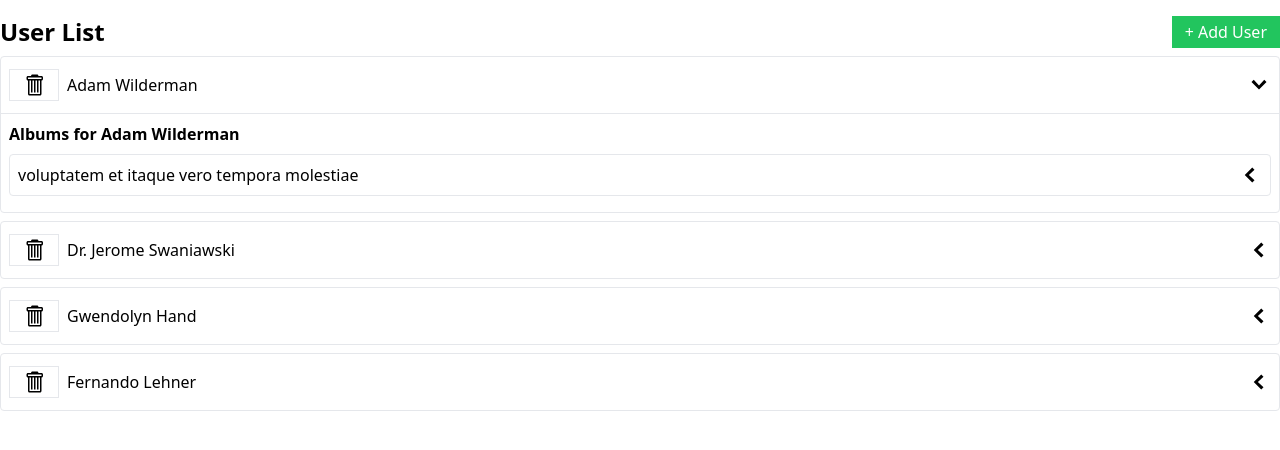
Repository: Marhamat92/users-app-redux-thunk-and-query
Page: /, after clicking the first element matching `div.p-2 > :nth-child(2)`
These files come from the project's save history. The page is drawn as it stood at one moment and after the next save; the edit follows.
The browser window is 1280 px wide. The pictures show the whole page.
The project was rebuilt for these pictures with package versions that can differ from the ones it lists, and the page was loaded fresh each time. Requests to the local data server were answered from the project's data file.

Above is the page before, as saved 2023-02-02 17:35:44.

After the next save:
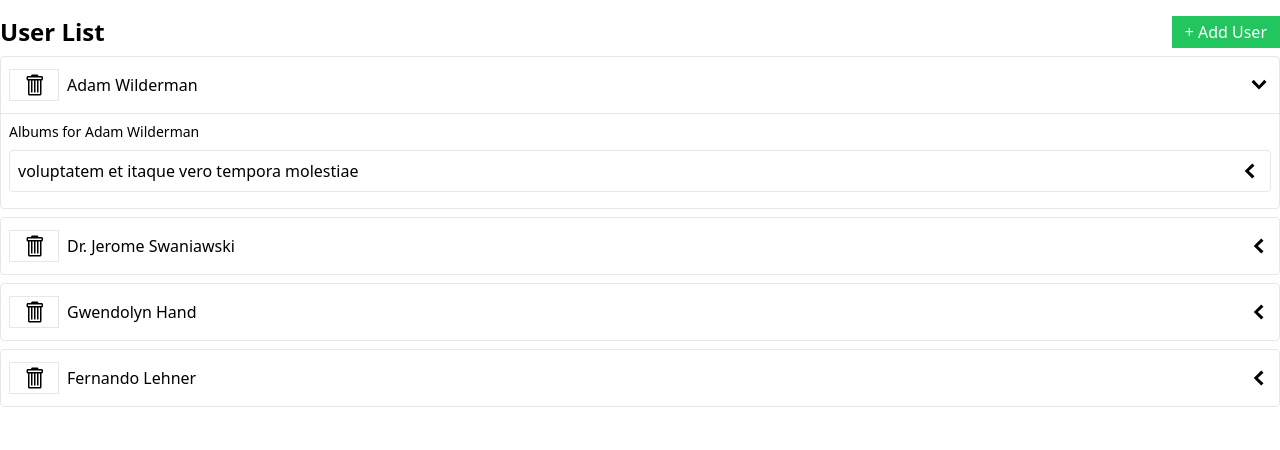
Saved 15 s later.
--- a/src/components/AlbumsList.js
+++ b/src/components/AlbumsList.js
@@ -32,7 +32,7 @@ function AlbumsList({ user }) {
 
   return (
     <div>
-      <h1 className="font-bold">
+      <h1 className="text-sm">
       {`Albums for ${user.name}`}
       </h1>
       <div>
